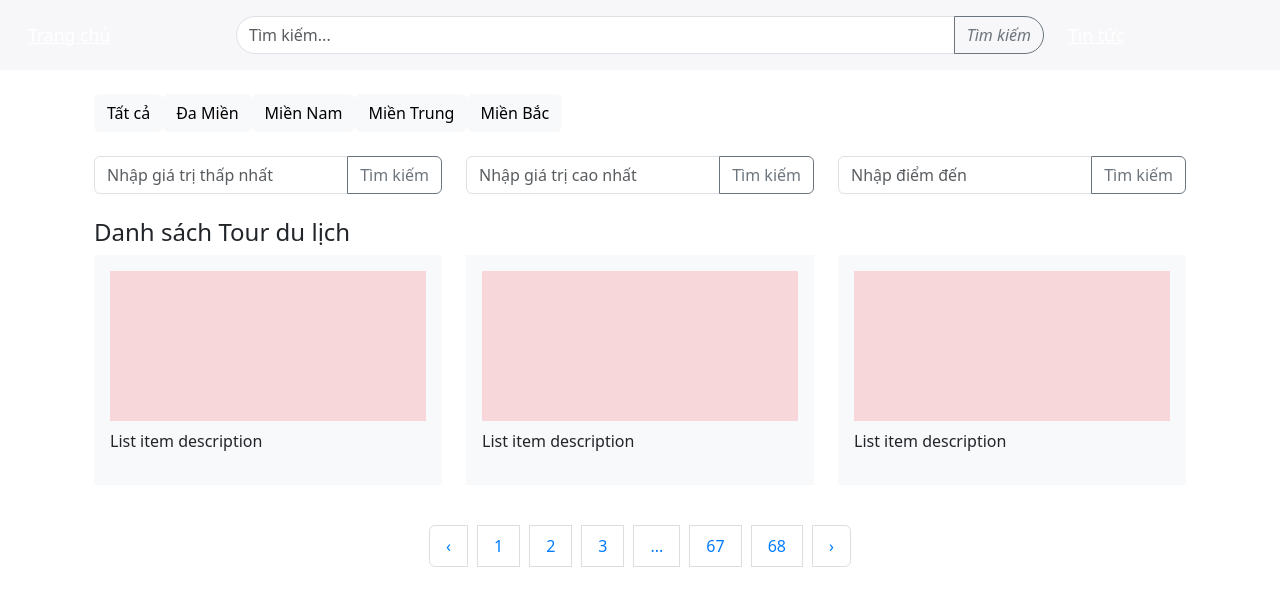
Repository: Minh23122003/qlDuAnPhanMem
Page: / (app in frontend/)
The author's editor kept a copy of each file at every save. The page is drawn from the files as they stood at one save, then again after a run of saves.
The browser window is 1280 px wide. The pictures show the whole page.
The project was rebuilt for these pictures with package versions that can differ from the ones it lists, and the page was loaded fresh each time. Also part of the build but not shown: frontend/src/service/WebSocketService.js, frontend/src/components/Notifications.js, frontend/src/layout/Footer.js, frontend/src/configs/Apis.js, frontend/src/components/Relativeparkcard.js, frontend/src/components/Receipt/ReceiptList.css, frontend/src/components/merchandisecabinet.js, frontend/src/components/Service.js and 13 more.

Above is the page before, as saved 2024-09-06 17:12:51.

### frontend/src/index.js
import React from 'react';
import ReactDOM from 'react-dom/client';
import './index.css';
import App from './App';
import reportWebVitals from './reportWebVitals';
import { ToastContainer, toast } from 'react-toastify';
import 'react-toastify/dist/ReactToastify.css';
const root = ReactDOM.createRoot(document.getElementById('root'));
root.render(
    <React.StrictMode>
        <App />
        <ToastContainer
            position="top-center"
            autoClose={5000}
            hideProgressBar={false}
            newestOnTop={false}
            closeOnClick
            rtl={false}
            pauseOnFocusLoss
            draggable
            pauseOnHover
            theme="light"
            transition="Bounce"
        />
    </React.StrictMode>,
);

// If you want to start measuring performance in your app, pass a function
// to log results (for example: reportWebVitals(console.log))
// or send to an analytics endpoint. Learn more: https://bit.ly/CRA-vitals
reportWebVitals()

### frontend/src/index.css
body {
  margin: 0;
  font-family: -apple-system, BlinkMacSystemFont, 'Segoe UI', 'Roboto', 'Oxygen',
    'Ubuntu', 'Cantarell', 'Fira Sans', 'Droid Sans', 'Helvetica Neue',
    sans-serif;
  -webkit-font-smoothing: antialiased;
  -moz-osx-font-smoothing: grayscale;
  background-color: #f8d7da;
}

code {
  font-family: source-code-pro, Menlo, Monaco, Consolas, 'Courier New',
    monospace;
}

### frontend/src/App.js
import { BrowserRouter, Route, Routes, Navigate } from 'react-router-dom';
import Home from './components/Home';
import Footer from './layout/Footer';
import Header from './layout/Header';
import 'bootstrap/dist/css/bootstrap.min.css';
import { Container } from 'react-bootstrap';
import Relativeparkcard from './components/Relativeparkcard';
import MerchandiseCabinet from './components/merchandisecabinet';
import Service from './components/Service';
import Notifications from './components/Notifications';
import ReceiptList from './components/Receipt/ReceiptList';
import Login from './components/Login';
import UserContext from './contexts/UserContext';
import UserReducer from './reducers/UserReducer';
import Cookies from 'js-cookie';
import { useReducer } from 'react';
import Feedback from './components/Feedback';
import Survey from './components/Survey';
import News from './components/News';
import ChatApp from './components/ChatApp/ChatApp';

const App = () => {
    let currentUser = null;
    if (Cookies.get('user')) currentUser = JSON.parse(Cookies.get('user'));

    const [user, dispatch] = useReducer(UserReducer, currentUser);

    return (
        <>
            <UserContext.Provider value={[user, dispatch]}>
                <BrowserRouter>
                    {/* {user && <Header />}   */}
                    { <Header />}
                    <Container>
                        <Routes>
                            <Route path="/" element={ <Home /> } />
                            {/* <Route path="/" element={user ? <Home /> : <Navigate to="/login" />} /> */}
                            <Route path="/login" element={<Login />} />
                            <Route path="/news" element={<News/>} />
                            {/* <Route path="/news" element={user ? <Relativeparkcard /> : <Navigate to="/login" />} /> */}
                            <Route path="/Notifications" element={user ? <Notifications /> : <Navigate to="/login" />} />
                            <Route path="/MerchandiseCabinet" element={user ? <MerchandiseCabinet /> : <Navigate to="/login" />} />
                            <Route path="/Service" element={user ? <Service /> : <Navigate to="/login" />} />
                            <Route path="/ReceiptList" element={user ? <ReceiptList /> : <Navigate to="/login" />} />
                            <Route path="/ChatApp" element={user ? <ChatApp /> : <Navigate to="/login" />} />
                            <Route path="/Feedback" element={user ? <Feedback /> : <Navigate to="/login" />} />
                            <Route path="/Survey" element={user ? <Survey /> : <Navigate to="/login" />} />
                        </Routes>
                    </Container>
                    {/* <Footer /> */}
                </BrowserRouter>
            </UserContext.Provider>
        </>
    );
};

export default App;

### frontend/src/components/Home.js
import React, { useState } from 'react';
import { Container, Row, Col, Button, InputGroup, FormControl, Pagination } from 'react-bootstrap';

function TourPage() {
    const [minValue, setMinValue] = useState('');
    const [maxValue, setMaxValue] = useState('');
    const [destination, setDestination] = useState('');

    const handleMinValueChange = (event) => {
        setMinValue(event.target.value);
    };

    const handleMaxValueChange = (event) => {
        setMaxValue(event.target.value);
    };

    const handleDestinationChange = (event) => {
        setDestination(event.target.value);
    };
    const handleSearch = () => {
        //
    };

    return (
        <Container fluid>
            <Row className="mb-4 mt-4">
                <Col>
                    <Button variant="light">Tất cả</Button>
                    <Button variant="light">Đa Miền</Button>
                    <Button variant="light">Miền Nam</Button>
                    <Button variant="light">Miền Trung</Button>
                    <Button variant="light">Miền Bắc</Button>
                </Col>
            </Row>

            <Row className="mb-4">
                <Col>
                    <InputGroup>
                        <FormControl
                            placeholder="Nhập giá trị thấp nhất"
                            value={minValue}
                            onChange={handleMinValueChange} // Cập nhật giá trị cho minValue
                        />
                        <Button variant="outline-secondary">Tìm kiếm</Button>
                    </InputGroup>
                </Col>
                <Col>
                    <InputGroup>
                        <FormControl
                            placeholder="Nhập giá trị cao nhất"
                            value={maxValue}
                            onChange={handleMaxValueChange} // Cập nhật giá trị cho maxValue
                        />
                        <Button variant="outline-secondary">Tìm kiếm</Button>
                    </InputGroup>
                </Col>
                <Col>
                    <InputGroup>
                        <FormControl
                            placeholder="Nhập điểm đến"
                            value={destination}
                            onChange={handleDestinationChange} // Cập nhật giá trị cho destination
                        />
                        <Button variant="outline-secondary" onClick={handleSearch}>
                            Tìm kiếm
                        </Button>
                    </InputGroup>
                </Col>
            </Row>

            <h4>Danh sách Tour du lịch</h4>
            <Row>
                <Col sm={4}>
                    <div className="tour-item bg-light p-3 mb-3">
                        <div
                            className="img-placeholder mb-2"
                            style={{ height: '150px', backgroundColor: '#f8d7da' }}
                        ></div>
                        <p>List item description</p>
                    </div>
                </Col>
                <Col sm={4}>
                    <div className="tour-item bg-light p-3 mb-3">
                        <div
                            className="img-placeholder mb-2"
                            style={{ height: '150px', backgroundColor: '#f8d7da' }}
                        ></div>
                        <p>List item description</p>
                    </div>
                </Col>
                <Col sm={4}>
                    <div className="tour-item bg-light p-3 mb-3">
                        <div
                            className="img-placeholder mb-2"
                            style={{ height: '150px', backgroundColor: '#f8d7da' }}
                        ></div>
                        <p>List item description</p>
                    </div>
                </Col>
            </Row>

            <Pagination className="mt-4">
                <Pagination.Prev />
                <Pagination.Item>{1}</Pagination.Item>
                <Pagination.Item>{2}</Pagination.Item>
                <Pagination.Item>{3}</Pagination.Item>
                <Pagination.Item>...</Pagination.Item>
                <Pagination.Item>{67}</Pagination.Item>
                <Pagination.Item>{68}</Pagination.Item>
                <Pagination.Next />
            </Pagination>
        </Container>
    );
}

export default TourPage;

### frontend/src/layout/Header.js
import React from 'react';
import { Container, Row, Col, Button, InputGroup, FormControl, Nav } from 'react-bootstrap';
import './Header.css';
import styled from 'styled-components';
import { Link } from 'react-router-dom'; // Import Link from react-router-dom

const StyledNavLink = styled(Link)`
    // Use Link instead of Nav.Link
    color: #ffffff !important;
    font-size: 1.1em;
    margin-right: 15px;

    &:hover {
        color: #cccccc !important;
    }
`;

const Header = () => {
    return (
        <header className="p-3 mb-4">
            <Container fluid>
                <Row className="align-items-center justify-content-between">
                    <Col xs={2}>
                    <Nav className="me-auto">
                            {/* Use Link component for navigation */}
                            <StyledNavLink to="/" className="mb-0">
                                Trang chủ
                            </StyledNavLink>
                        </Nav>
                    </Col>

                    <Col xs={8}>
                        <InputGroup>
                            <FormControl placeholder="Tìm kiếm..." aria-label="Search" />
                            <Button variant="outline-secondary">
                                <i className="bi bi-search">Tìm kiếm</i>
                            </Button>
                        </InputGroup>
                    </Col>

                    <Col xs={2}>
                        <Nav className="me-auto">
                            {/* Use Link component for navigation */}
                            <StyledNavLink to="/news" className="mb-0">
                                Tin tức
                            </StyledNavLink>
                        </Nav>
                    </Col>
                </Row>
            </Container>
        </header>
    );
};

export default Header;

### frontend/src/contexts/UserContext.js
import { createContext, useReducer } from 'react'

export default createContext()

### frontend/src/reducers/UserReducer.js
import Cookies from 'js-cookie'

const UserReducer = (currentState, action) => {
  switch (action.type) {
    case 'login': {
      return { ...action.payload }
    }
    case 'logout':
      Cookies.remove('token')
      Cookies.remove('user')
      return null
  }

  return currentState
}

export default UserReducer

### frontend/src/layout/Header.css
/* Header.css */
header {
  background-color: #f7f7f9;
  padding: 20px 0;
}

header h4 {
  font-weight: bold;
}

header button {
  border-radius: 20px; /* Matches the rounded button style */
}

header .form-control {
  border-radius: 20px 0 0 20px; /* Rounded search bar */
}

header .btn-outline-secondary {
  border-radius: 0 20px 20px 0; /* Rounded search button */
}

header .dropdown-toggle {
  border-radius: 20px;
}

header .mr-2 {
  margin-right: 10px;
}

### frontend/src/components/paginate.css
/* styles.css */

.pagination {
    display: flex;
    justify-content: center;
    list-style: none;
    padding: 0;
}

.pagination li {
    margin: 0 5px;
}

.pagination a {
    display: block;
    padding: 8px 16px;
    border: 1px solid #ddd;
    text-decoration: none;
    color: #007bff;
}

.pagination a:hover {
    background-color: #007bff;
    color: white;
}

.pagination .selected a {
    background-color: #007bff;
    color: white;
    border-color: #007bff;
}

.pagination .disabled a {
    color: #6c757d;
    pointer-events: none;
    cursor: default;
}

Loaded but not shown: frontend/public/index.html (common file); frontend/src/reportWebVitals.js (common file)

After the next 2 saves:
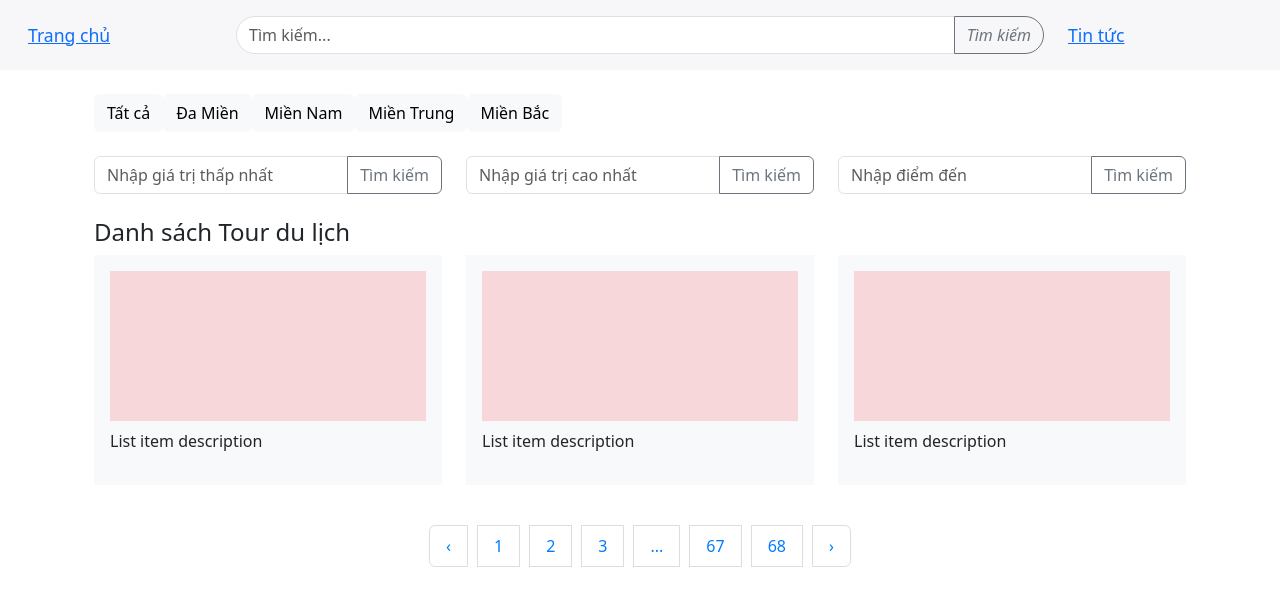
The 2 saves are shown as one change because they came seconds apart.
The last was saved 3 min 2 s later.
--- a/frontend/src/layout/Header.js
+++ b/frontend/src/layout/Header.js
@@ -5,8 +5,6 @@ import styled from 'styled-components';
 import { Link } from 'react-router-dom'; // Import Link from react-router-dom
 
 const StyledNavLink = styled(Link)`
-    // Use Link instead of Nav.Link
-    color: #ffffff !important;
     font-size: 1.1em;
     margin-right: 15px;
 
